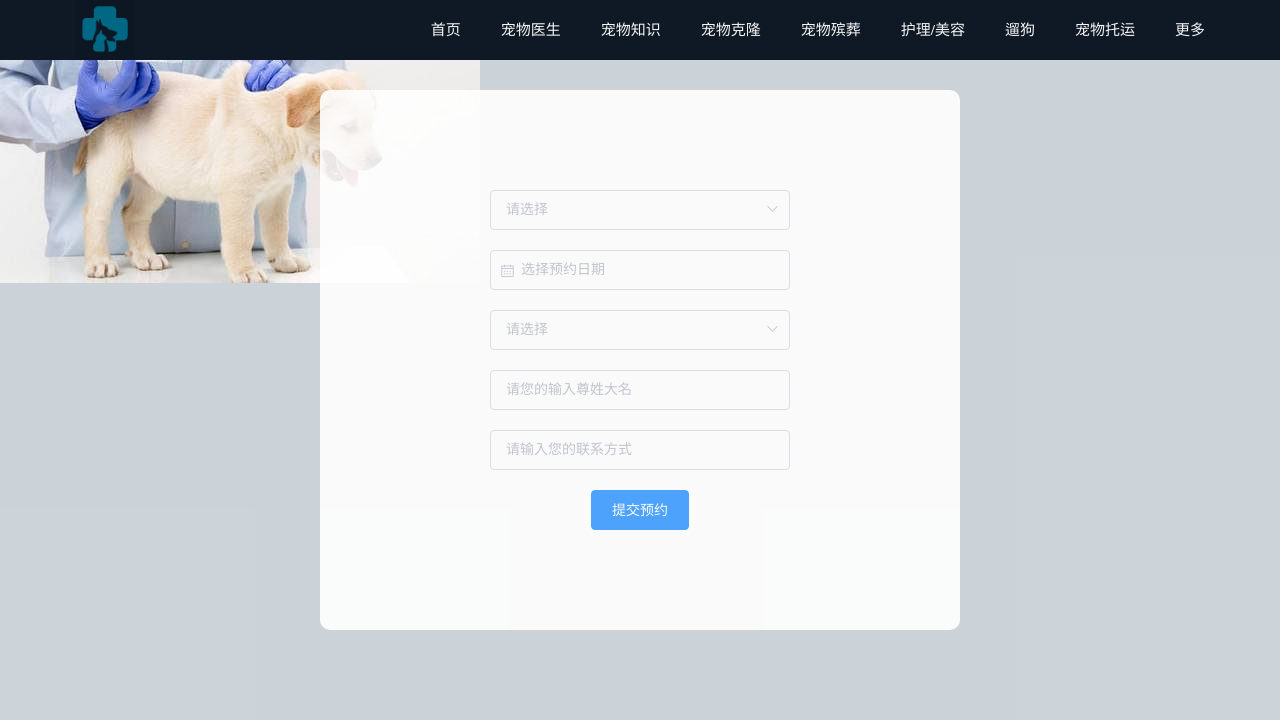
Repository: Sharang-heng/pet-hospital
Page: /orderDoctor
These files come from the project's save history. The page is drawn as it stood at one moment and after the next save; the edit follows.
The browser window is 1280 px wide. The pictures show the whole page.
The project was rebuilt for these pictures with package versions that can differ from the ones it lists, and the page was loaded fresh each time. Also part of the build but not shown: vue.config.js, src/components/home_short.vue, src/views/HomePage.vue, src/components/footer.vue, src/views/counsel.vue, src/views/doctor.vue, src/views/knowledge.vue, src/views/clone.vue and 11 more. Imported but missing from the stored project, and not drawn on this page: src/assets/video/homepage.mp4.

Above is the page before, as saved 2021-01-13 14:57:29.

After the next save:
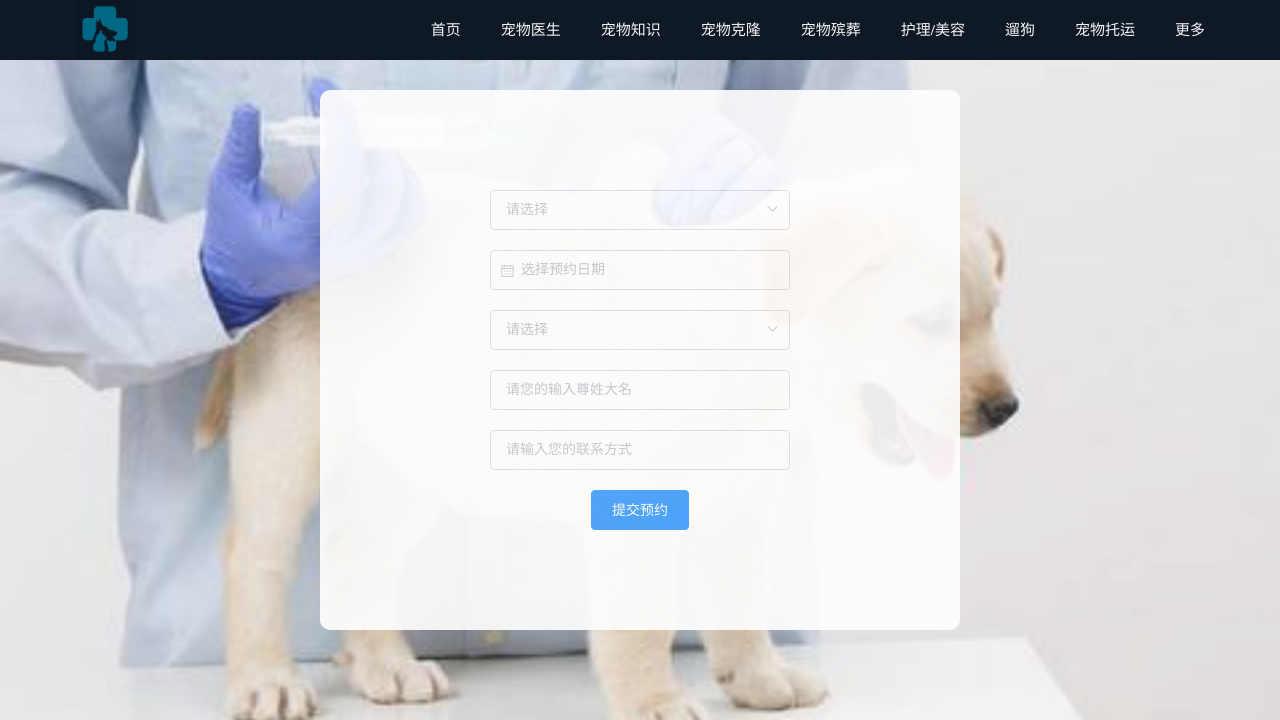
Saved 50 s later.
--- a/src/views/orderDoctor.vue
+++ b/src/views/orderDoctor.vue
@@ -1,8 +1,8 @@
 <template>
-  <div>
+  <div class="container">
     <shortcut class="shortcut"></shortcut>
     <div class="videos">
-      <img src="../assets/img/dog8.jpg" >
+      <img src="../assets/img/dog8.jpg" />
     </div>
     <div class>
       <el-form label-width="100px" class="main">
@@ -22,7 +22,7 @@
           @change="getTimeList"
           :picker-options="pickerOptions"
           placeholder="选择预约日期"
-          :style="{width:'300px','margin-bottom':'20px'}"
+          :style="{ width: '300px', 'margin-bottom': '20px' }"
         ></el-date-picker>
         <el-select v-model="orderTime" placeholder="请选择" class="form_input">
           <el-option
@@ -32,13 +32,17 @@
             :value="item.value"
           ></el-option>
         </el-select>
-          <el-input v-model="name" placeholder="请您的输入尊姓大名" class="form_input"></el-input>
-          <el-input
-            v-model="number"
-            placeholder="请输入您的联系方式"
-            class="form_input"
-            prop="number"
-          ></el-input>
+        <el-input
+          v-model="name"
+          placeholder="请您的输入尊姓大名"
+          class="form_input"
+        ></el-input>
+        <el-input
+          v-model="number"
+          placeholder="请输入您的联系方式"
+          class="form_input"
+          prop="number"
+        ></el-input>
         <el-button type="primary" @click="submitOrder">提交预约</el-button>
       </el-form>
     </div>
@@ -47,10 +51,10 @@
 
 <script>
 import shortcut from "../components/shortcut";
-import { log } from 'util';
+import { log } from "util";
 export default {
   components: {
-    shortcut: shortcut
+    shortcut: shortcut,
   },
   created() {
     this.doctorName = sessionStorage.getItem("doctorName");
@@ -71,8 +75,8 @@
       //   JSON.stringify(this.timeValue)
       // );
       // this.canOrderTime=res.data
-      console.log(this.doctorName)
-    }
+      console.log(this.doctorName);
+    },
   },
   data() {
     return {
@@ -86,70 +90,70 @@
         // 限制预约时间
         disabledDate(time) {
           return time.getTime() < Date.now() - 24 * 60 * 60 * 1000;
-        }
+        },
       },
       // 下拉框选择医生
       doctorOptions: [
         {
           value: "刘朗",
-          label: "刘朗"
+          label: "刘朗",
         },
         {
           value: "潘庆山",
-          label: "潘庆山"
+          label: "潘庆山",
         },
         {
           value: "张志红",
-          label: "张志红"
+          label: "张志红",
         },
         {
           value: "李晋飞",
-          label: "李晋飞"
+          label: "李晋飞",
         },
         {
           value: "陈宏武",
-          label: "陈宏武"
+          label: "陈宏武",
         },
         {
           value: "李贞玉",
-          label: "李贞玉"
+          label: "李贞玉",
         },
         {
           value: "邱志钊",
-          label: "邱志钊"
+          label: "邱志钊",
         },
         {
           value: "邓力新",
-          label: "邓力新"
-        }
+          label: "邓力新",
+        },
       ],
       // 下拉框获取可以预约的时间
       timeOptions: [
         {
           value: "8:30",
-          label: "8:30"
+          label: "8:30",
         },
         {
           value: "9:30",
-          label: "9:30"
+          label: "9:30",
         },
         {
           value: "11:30",
-          label: "11:30"
+          label: "11:30",
         },
         {
           value: "4:30",
-          label: "4:30"
+          label: "4:30",
         },
         {
           value: "5:30",
-          label: "5:30"
-        }
+          label: "5:30",
+        },
       ],
       name: "",
       number: "",
     };
-  }
+  },
 };
 </script>
 
@@ -162,19 +166,22 @@
   position: absolute;
   z-index: 2;
 }
-.videos {
-  background-color: rgba(1, 36, 63, 0.2);
-  // 为什么设置成absolute就能100%
-  // position: absolute;
-  width: 100%;
-  height: 100vh;
-  video {
+.container {
+  .videos {
+    background-color: rgba(1, 36, 63, 0.2);
+    // 为什么设置成absolute就能100%
+    // position: absolute;
     width: 100%;
-    height: 100%;
-    object-fit: cover;
-    opacity: 0.8;
+    height: 100vh;
+    img {
+      width: 100%;
+      height: 100%;
+      object-fit: cover;
+      opacity: 0.8;
+    }
   }
 }
+
 .main {
   position: absolute;
   top: 50%;
